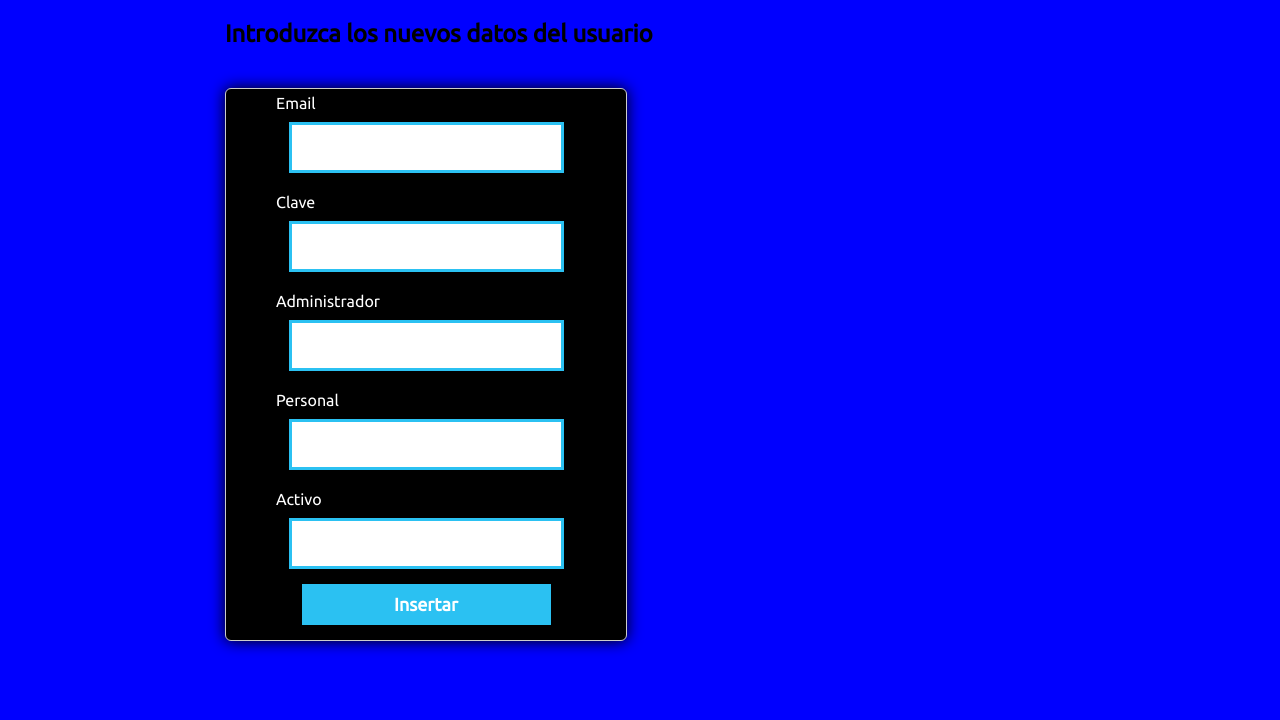
Repository: Mariangeles94/practica_gestion_usuarios
Page: http://localhost/Gestion/administrador/viewinsert.php
The author's editor kept a record of every edit. The page is drawn from the files as they stood at one moment, then again after the next edit.
The browser window is 1280 px wide. The pictures show the whole page.
The page is run by PHP 8.4 with error messages shown; the project is at /var/www/html/.

Above is the page before.

### administrador/viewinsert.php
<?php
require '../clases/AutoCarga.php';
$bd = new DataBase();
$gestor = new ManageUser($bd);

?>
<!DOCTYPE html>
<html>
    <head>
        <meta charset="UTF-8">
        <title></title>
        <link rel="stylesheet" type="text/css"  href="../css/style2.css"/>
    </head>
    <body>
        <div id="main">
            <h2>Introduzca los nuevos datos del usuario</h2>
            <div id="form_sample">
                <form action="phpinsert.php" method="POST">
                    <label>Email</label>
                    <input type="text" name="email" value=""/>
                    <label>Clave</label>
                    <input type="text" name="clave" value="" />
                    <label>Administrador</label>
                    <input type="text" name="administrador" value="" />
                    <label>Personal</label>
                    <input type="text" name="personal" value="" />
                    <label>Activo</label>
                    <input type="text" name="activo" value="" />
                    <input type="submit" value="Insertar"/>
                </form>
            </div>
        </div>
    </body>
</html>
<?php
$bd->close();

### clases/AutoCarga.php
<?php

class AutoCarga {
    static function cargar($clase){
        $clase = str_replace("\\", "/", $clase);
        $archivo = "../clases/" .$clase . ".php";
         if (file_exists($archivo)) {
              require $archivo;
         }else{
             $archivo = "clases/" .$clase . ".php";
             require $archivo;
         }
   }
}
spl_autoload_register('AutoCarga::cargar'); // Tiene que estar fuera de la clase

### clases/DataBase.php
<?php

class DataBase {

    private $conexion, $consulta;

    function __construct() {
        try {
            $this->conexion = new PDO(
                    'mysql:host=' . Constant::SERVER . ';' .
                    'dbname=' . Constant::DATABASE, Constant::DBUSER, Constant::DBPASSWORD, array(
                PDO::ATTR_PERSISTENT => true,
                PDO::MYSQL_ATTR_INIT_COMMAND => 'set names utf8')
            );
        } catch (PDOException $e) {
            var_dump($e);
            exit();
            //Esta parte hay que completarla
        }
    }

    function close() {
        $this->conexion = null;
    }

    function getCount() {
        return $this->consulta->rowCount();
    }

    function getId() {
        return $this->conexion->lastInsertId();
    }

    function getErrorConection() {
        return $this->conexion->errorInfo();
    }

    function getError() {
        return $this->consulta->errorInfo();
    }

    function send($sql, $parametros = array()) {
        $this->consulta = $this->conexion->prepare($sql);
        foreach ($parametros as $nombreParametro => $valorParametro) {
            $this->consulta->bindValue($nombreParametro, $valorParametro);
        }
      //var_dump($parametros);
      //echo "sql:" .$sql;
        return $this->consulta->execute();
    }

    function getRow() {
        $r = $this->consulta->fetch();
        if ($r === null) {
            $this->consulta->closeCursor();
        }
        return $r;
    }
    function count($tabla, $condicion="1 = 1", $parametros = array()){
        $sql="select count(*) from $tabla where $condicion";
        $this->send($sql, $parametros);
        $fila = $this->getRow();
        return $fila[0];
    }

    function erase($tabla, $condicion, $parametros = array()) {
        //delete from TABLA where CONDICION
        $sql = "delete from $tabla where $condicion";
        if ($this->send($sql, $parametros)) {
            return $this->getCount();
        }
        return false;
    }

     function delete($tabla, $parametros = array()) {
        //delete from TABLA where CONDICION
        $camposWhere = "";
        foreach ($parametros as $nombreParametro => $valorParametro) {
            $camposWhere .= $nombreParametro . " = :" . $nombreParametro . " and ";
        }
        //$camposWhere .= "1=1";
        $camposWhere = substr($camposWhere, 0, -4);
        $sql = "delete from $tabla where $camposWhere";
        if ($this->send($sql, $parametros)) {
            return $this->getCount();
        }
        return false;
    }

    function insert($tabla, $parametros = array(), $auto = true) {
        //insert into TABLA values (VALORES);
        //insert into TABLA (CAMPOS) values (VALORES);
        //insert into TABLA (c1, c2) values (:c1, :c2);
        //si la tabla tiene un campo autonumerico devuelvo el id
        //si no devuelvo el numero de filas insertadas(1)
        //si error devuelvo false
        $campos = "";
        $valores = "";
        foreach ($parametros as $nombreParametro => $valorParametro) {
            $campos .= $nombreParametro . ",";
            $valores .= ":" . $nombreParametro . ",";
        }
        $campos = substr($campos, 0, -1);
        $valores = substr($valores, 0, -1);
        $sql = "insert into $tabla ($campos) values ($valores)";
        if ($this->send($sql, $parametros)) {
            if ($auto) {
                return $this->getId();
            }
            return $this->getCount();
        }
        return false;
    }

    function update($tabla, $parametrosSet = array(), $parametrosWhere = array()) {
        //update TABLA set VALORES where CONDICION
        //update TABLA set c1=:c1, c2=:c2 where c1=:_c1 and c3=:_c3
        $camposSet = "";
        $camposWhere = "";
        $parametros = array();
        foreach ($parametrosSet as $nombreParametro => $valorParametro) {
            $camposSet .= $nombreParametro . " = :" . $nombreParametro . ",";
            $parametros[$nombreParametro] = $valorParametro;
        }
        $camposSet = substr($camposSet, 0, -1);

        foreach ($parametrosWhere as $nombreParametro => $valorParametro) {
            $camposWhere .= $nombreParametro . " = :_" . $nombreParametro . " and ";
            $parametros["_" . $nombreParametro] = $valorParametro;
        }
        //$camposWhere .= "1=1";
        $camposWhere = substr($camposWhere, 0, -4);
        $sql = "update $tabla set $camposSet where $camposWhere";
        if ($this->send($sql, $parametros)) {
            return $this->getCount();
        }
        return -1;
    }

    function query($tabla, $proyeccion = "*", $parametros = array(), $orden = "1", $limite = "") {
        //select CAMPOS from TABLA where CONDICION order by ORDEN LIMIT
        //select c1,c2 from TABLA where c3=:c3 and c4 = :c4 order by c2 desc,c1 limit 8,15
        $campos = "";
        foreach ($parametros as $nombreParametro => $valorParametro) {
            $campos .= $nombreParametro . " = :" . $nombreParametro . " and ";
        }
        $campos .= "1=1";
        //$campos = substr($campos, 0, -4);
        $limit = "";
        if($limite!==""){
            $limit = "limit $limite";
        }
        $sql = "select $proyeccion from $tabla where $campos order by $orden $limit";
        return $this->send($sql, $parametros);
    }

    function select($tabla, $proyeccion = "*", $condicion = "1 = 1",
        $parametros = array(), $orden="1", $limite=""){
        $limit = "";
        if($limite!==""){
            $limit = "limit $limite";
        }
        $sql = "select $proyeccion from $tabla "
                . "where $condicion order by $orden $limit";
        return $this->send($sql, $parametros);
    }

}

### clases/Constant.php
<?php

class Constant {
    const DATABASE = "gestion";
    const SERVER = "localhost";
    const DBUSER = "mariangeles94";
    const DBPASSWORD = "";
    const NRPP = 10;
    const SEMILLA="45856";
}

### clases/ManageUser.php
<?php

class ManageUser {
    private $bd = null;
    private $tabla = "usuario";

    function __construct(DataBase $bd) {
        $this->bd = $bd;
    }

    function get($email) {
        //devuelve un objeto de la clase
        $parametros = array();
        $parametros['email'] = $email;
        $this->bd->select($this->tabla, "*", "email=:email", $parametros);
        $fila = $this->bd->getRow();
        $user = new User();
        $user->set($fila);
        return $user;
    }

    function count($condicion = "1 = 1", $parametros = array()) {
        return $this->bd->count($this->tabla, $condicion, $parametros);
    }

    function delete($email) {
        $parametros = array();
        $parametros['email'] = $email;
        return $this->bd->delete($this->tabla, $parametros);
    }

    function deleteCities($parametros) {
        return $this->bd->delete($this->tabla, $parametros);
    }

    function erase(User $user) {
        return $this->delete($user->getEmail());
    }

   function set(User $user, $pkemail){
        //Update de todos los campos menos el id, el id se usara como el where para el update numero de filas modificadas
        $parametros =$user->getArray();
        $parametrosWhere = array();
        $parametrosWhere["email"]=$pkemail;
        return $this->bd->update($this->tabla, $parametros, $parametrosWhere);
    }
   function setActivo($email,$activo){
        //Update de todos los campos menos el id, el id se usara como el where para el update numero de filas modificadas
        $parametrosSet = array();
        $parametrosSet['activo'] = $activo;

        $parametrosWhere = array();
        $parametrosWhere["email"]=$email;
        return $this->bd->update($this->tabla, $parametrosSet, $parametrosWhere);
    }
     function setClave($email,$clave){
        //Update de todos los campos menos el id, el id se usara como el where para el update numero de filas modificadas
        $parametrosSet = array();
        $parametrosSet['clave'] = $clave;

        $parametrosWhere = array();
        $parametrosWhere["email"]=$email;
        return $this->bd->update($this->tabla, $parametrosSet, $parametrosWhere);
    }

    function insert(User $user) {
        $parametrosSet = array();
        $parametrosSet['email'] = $user->getEmail();
        $parametrosSet['clave'] = $user->getClave();
        $parametrosSet['alias'] = $user->getAlias();
        $parametrosSet['fechaAlta'] = $user->getFechaAlta();
        $parametrosSet['activo'] = $user->getActivo();
        $parametrosSet['administrador'] = $user->getAdministrador();
        $parametrosSet['personal'] = $user->getPersonal();
        return $this->bd->insert($this->tabla, $parametrosSet);
    }

    function getList($pagina = 1, $order = "", $nrpp = Constant::NRPP, $condicion = "1=1", $parametros = array()) {

        $resgistroInicial = ($pagina - 1) * $nrpp;
        $this->bd->select($this->tabla, "*", $condicion, $parametros, $ordenPredeterminado, "$resgistroInicial, $nrpp"); /* limite va desde 1 y saca 10 registros */
        $r = array();
        while ($fila = $this->bd->getRow()) {
            $user = new User();
            $user->set($fila);
            $r[] = $user;
        }
        return $r;
    }
     function getList2($pagina = 1, $nrpp = Constant::NRPP) {
        $resgistroInicial = ($pagina - 1) * $nrpp;
        $this->bd->select($this->tabla, "*", "1=1", array(), "email", "$resgistroInicial, $nrpp"); /* limite va desde 1 y saca 10 registros */
        $r = array();
        while ($fila = $this->bd->getRow()) {
            $user = new User();
            $user->set($fila);
            $r[] = $user;
        }
        return $r;
    }

    function getValuesSelectTodos() {
        $this->bd->query($this->tabla, "*", array());
        $array = array();
        while ($fila = $this->bd->getRow()) {
            $user = new User();
            $user->set($fila);
            $array = $user;
           // $array[$fila[0]] = $fila[1];
        }
        return $array;
    }
    function getValuesSelectUsario() {
        $this->bd->query($this->tabla, "email, clave, alias", array(), "email");
        $array = array();
        while ($fila = $this->bd->getRow()) {
            $array[$fila[0]] = $fila[1];
        }
        return $array;
    }
    function getValuesSelectPersonal() {
        $this->bd->query($this->tabla, "clave, alias, fechaAlta", array(), "fechaAlta");
        $array = array();
        while ($fila = $this->bd->getRow()) {
            $array[$fila[0]] = $fila[1];
        }
        return $array;
    }
}

### css/style2.css
@import url(http://fonts.googleapis.com/css?family=Ubuntu);
body{
    margin: 0 auto;
    padding: 0;
    background-color: blue;

}
header nav{
    width: 100%;
    background-color: black;
    height: 50px;
    text-align: center;
    padding-top: 2%;
}
header nav a{
    text-decoration: none;
    color: white;
    width: 10%;
    padding: 10%;
    margin-top: 5%;
    font-size: 1.25em;
}
.enlaceInsertar{
    text-decoration: none;
    font-size: 1.5em;
    color: blue;
    margin-left: 5%;
}
.enlaceVolver{
    text-decoration: none;
    font-size: 1.25em;
    color: white;
    margin-left: 5%;
}
.wrapper{
    width: 100%;
    margin: 0 auto;
}

#form{
    float: right;
    width: 35%;
    margin: 10px auto;
    margin-top: 100px;
    font-size: 21px;
    border: 1px solid white;
    background-color: black;
    border-radius: 10px;
    padding: 1%;
}
.tabla{
    float: left;
    width: 50%;
    margin: 10x auto;
}
#enlaceAdmin {
    text-decoration: none;
    color:red;
    font-size: 20px;
    float: right;
    margin: 20px ;
}
#enlaceAdmin a{
    color:red;
    text-decoration: none;
}
body {font-family: Arial, Helvetica, sans-serif;}

table {
    font-family: "Lucida Sans Unicode", "Lucida Grande", Sans-Serif;
    font-size: 12px;
    margin: 45px;
    width: 480px;
    text-align: left;
    border-collapse: collapse;
    margin: 0 auto;
}

th {     font-size: 13px;     font-weight: normal;     padding: 8px;     background: #b9c9fe;
         border-top: 4px solid #aabcfe;    border-bottom: 1px solid #fff; color: #039; }

td {    padding: 8px;     background: #e8edff;     border-bottom: 1px solid #fff;
        color: #669;    border-top: 1px solid transparent; }

tr:hover td { background: #d0dafd; color: #339; }

.tabla h1, .tabla h2, .tabla h3, .tabla h4{
    margin-left: 50px;
}
input[type="text"]{
    width:83%;
    margin-top:10px;
    height:25px;
    margin-bottom: 15px;
    padding:10px;
    border:3px solid #2BC1F2;
}
input[type="number"]{
    width:83%;
    margin-top:10px;
    height:25px;
    margin-bottom: 15px;
    padding:10px;
    border:3px solid #2BC1F2;
}
input[type="date"]{
    width:83%;
    margin-top:10px;
    height:25px;
    margin-bottom: 15px;
    padding:10px;
    border:3px solid #2BC1F2;
}
input[type="datetime"]{
    width:83%;
    margin-top:10px;
    height:25px;
    margin-bottom: 15px;
    padding:10px;
    border:3px solid #2BC1F2;
}
input[type="submit"]{
    width:83%;
    padding: 10px 45px;
    background-color: #2BC1F2;
    border: none;
    color: white;
    font-size: 18px;
    font-weight: bold;
    cursor: pointer;
    font-family: 'Ubuntu', sans-serif;
}
.p-container input{
    width:90%;
    margin-left: 5px;
    padding: 5px 23px;
    background-color: #2BC1F2;
    text-align: center;
    border: none;
    color: white;
    font-size: 16px;
    font-weight: bold;
    cursor: pointer;
    font-family: 'Ubuntu', sans-serif;
}
.caja {
   margin:20px auto 40px auto;
   border:1px solid #d9d9d9;
   height:30px;
   overflow: hidden;
   width: 230px;
   position:relative;
}
select {
   background: white;
   border: none;
   font-size: 14px;
   height: 30px;
   padding: 5px;
   width: 250px;
   color:black;

}
select:focus{ outline: none;}

.caja::after{
	content:"\025be";
	display:table-cell;
	padding-top:7px;
	text-align:center;
	width:30px;
	height:30px;
	background-color:#d9d9d9;
	position:absolute;
	top:0;
	right:0px;
	pointer-events: none;
}
label{
    float: left;
    font-size: 16px;
    margin-top: 5px;
    color:white;
}


div#main{
    width: 830px;
    height: 650px;
    margin: 0px auto;
    font-family: 'Ubuntu', sans-serif;
}

div#form_sample{
    text-align:center;
    background-color: black;
    border: 1px solid #ccc;
    width: 300px;
    padding: 0px 50px 15px;
    margin-top:20px;
    box-shadow: 0 0 15px;
    border-radius: 6px;
    float:left;
}

#main h1{
    margin-top:40px;
}

hr{
    margin-top:-5px;
}
.NoDisponible {
    color:white;
}
#nodispo{
    background-color: black;
    border: 2px solid white;
    width: 50%;
    margin: 50px auto;
    padding: 10px 25px;
    border-radius: 10px;
}
.volverVehiculos a{
    text-align: center;
    color: white;
    text-decoration: none;
    margin-left: 50px auto;
    font-size: 1.25em;
}
.volverVehiculos{
    margin-left: 100px;
}

After the next edit:
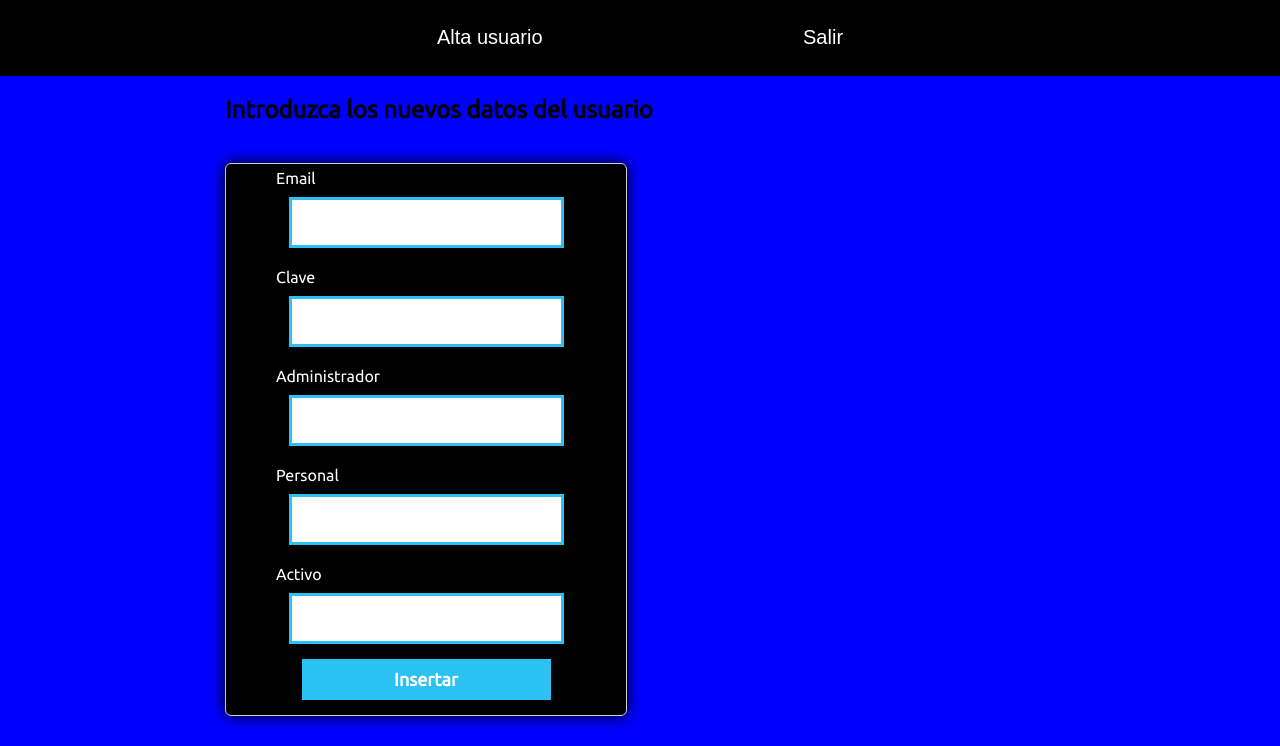
The edit:
--- a/administrador/viewinsert.php
+++ b/administrador/viewinsert.php
@@ -12,6 +12,12 @@
         <link rel="stylesheet" type="text/css"  href="../css/style2.css"/>
     </head>
     <body>
+          <header>
+            <nav>
+                <a href="viewinsert.php">Alta usuario</a>
+                <a href="../usuario/index.php">Salir</a>
+            </nav>
+        </header>
         <div id="main">
             <h2>Introduzca los nuevos datos del usuario</h2>
             <div id="form_sample">
